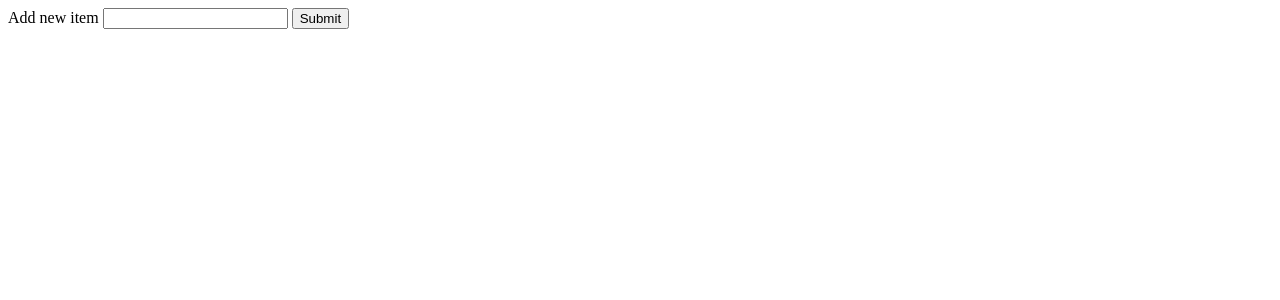
Repository: KMagee/JSP_Course
Page: http://localhost/jspdemo/todo-demo.jsp
An editor plug-in stored every save of this project. The page is shown before and after the next save, followed by the edit.
The browser window is 1280 px wide. The pictures show the whole page.
The page is served by Tomcat 9.

Above is the page before, as saved 2017-11-04 16:49:01.

After the next save:
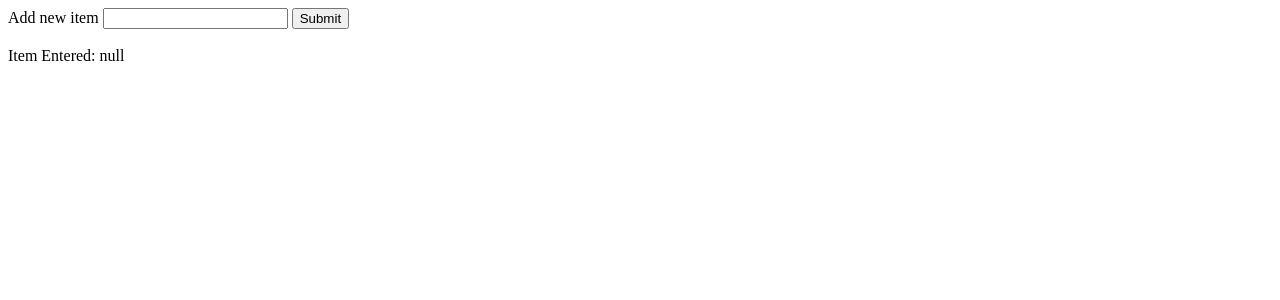
Saved 76 s later.
--- a/jspdemo/WebContent/todo-demo.jsp
+++ b/jspdemo/WebContent/todo-demo.jsp
@@ -17,6 +17,9 @@
 			<input type="submit" name="submit"/>
 </form>
 
+<br/>
+Item Entered: <%= request.getParameter("theItem") %>
+
 <!-- Step2: Add the new items to the to-do list -->
 
 
